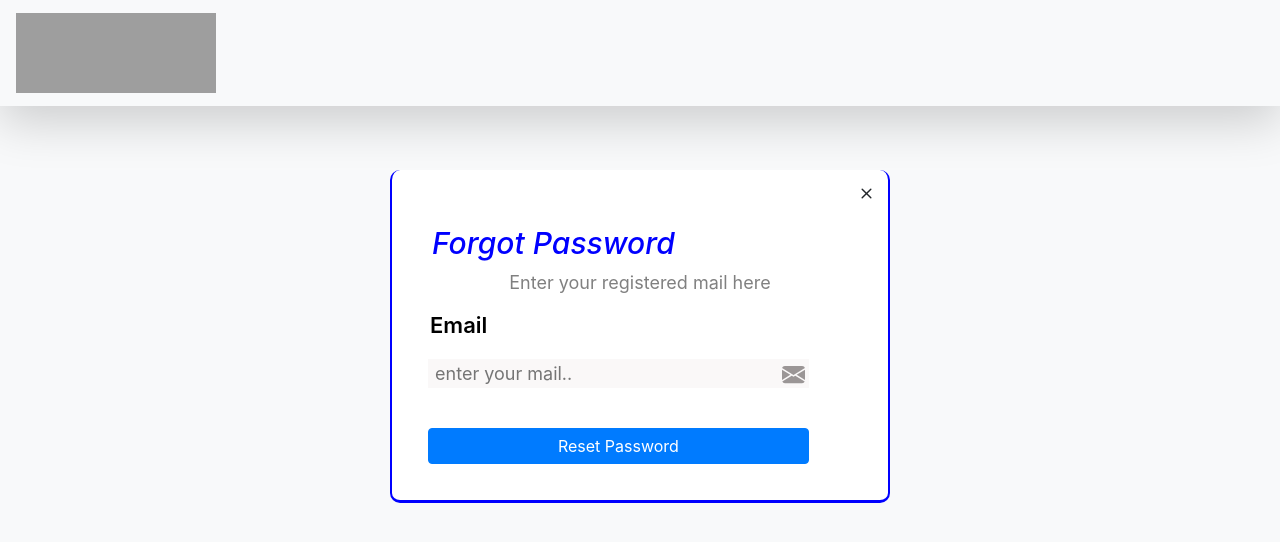
Repository: siri548/Karyakartha
Page: forgotPage.html
The author's editor kept a copy of each file at every save. The page is drawn from the files as they stood at one save, then again after the next save.
The browser window is 1280 px wide. The pictures show the whole page.
Pictures or frames that could not be fetched are drawn as grey boxes.

Above is the page before, as saved 2023-11-05 09:49:08.
Console error (its wording comes from the project's code and is left out).

After the next save:
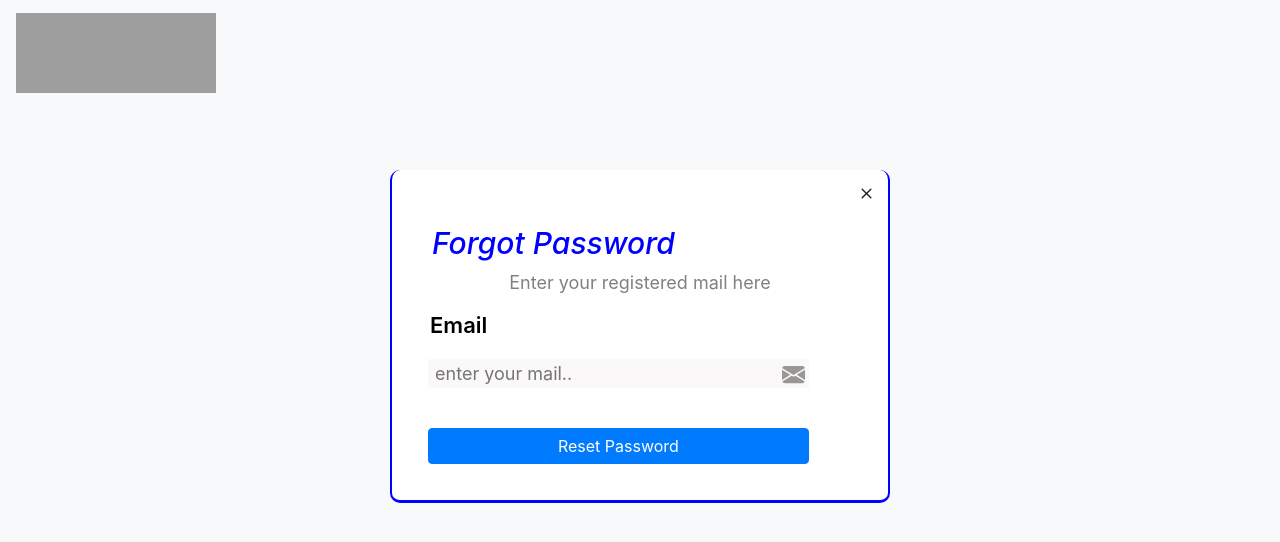
Saved 4 s later.
--- a/forgotPage.html
+++ b/forgotPage.html
@@ -16,7 +16,7 @@
 
 <body>
     <div class="bg-forgotPage bg-light">
-        <nav class="navbar navbar-expand-lg navbar-light bg-light shadow-lg sh">
+        <nav class="navbar navbar-expand-lg navbar-light bg-light shadow-lg shadow-none">
             <div class="d-none d-md-block">
                 <a class="navbar-brand" href="# ">
                     <img src=" D:\icons\karyakarthalogo2.jpg " class="logo ">
